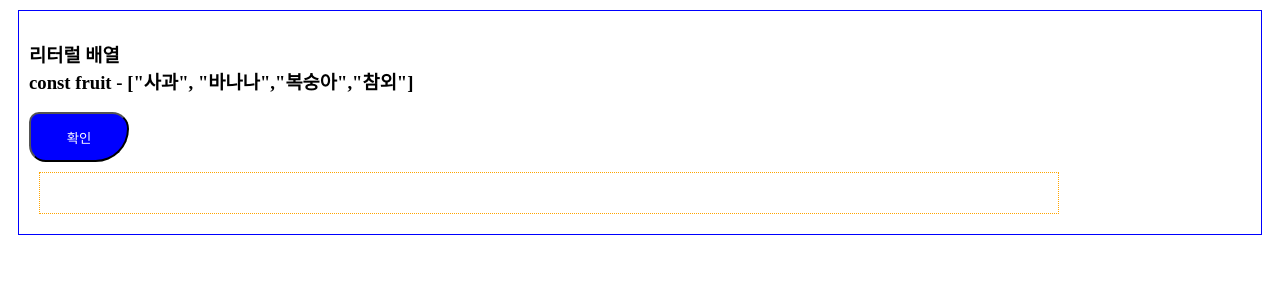
Repository: seonyeob94/BasicWeb
Page: webpro/src/main/webapp/0317/배열_test.html
These files come from the project's save history. The page is drawn as it stood at one moment and after the next save; the edit follows.
The browser window is 1280 px wide. The pictures show the whole page.

Above is the page before, as saved 2025-03-17 03:03:44.

### webpro/src/main/webapp/0317/배열_test.html
<!DOCTYPE html>
<html>
<head>
<meta charset="UTF-8">
<title>Insert title here</title>
<link rel="stylesheet" href="../css/public.css">
</head>
<body>

<div class="box">
  <h3>리터럴 배열 <br>
    const fruit - ["사과", "바나나","복숭아","참외"]
  </h3>
  <input type="button" value="확인" onclick="proc1()">
  <br>
  <div id="result1"></div>
</div>



</body>
</html>

### webpro/src/main/webapp/css/public.css
@charset "UTF-8";

form {
	background: red;
	border: 10px solid yellow;
}

.box{
	border : 1px solid blue;
	margin : 10px;
	padding : 10px;

}
.box input[type=button]{

	width : 100px;
	height : 50px;
	background : blue;
	color : white;
	border-radius: 30px 50px 100px;
}

.box div{
	border : 1px dotted orange;
	width : 80%;
	padding : 20px;
	margin : 10px;
}

After the next save:
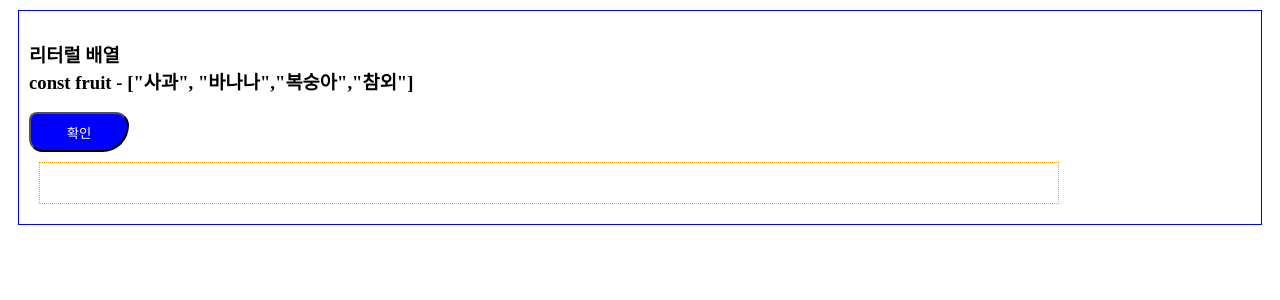
Saved 66 s later.
--- a/webpro/src/main/webapp/css/public.css
+++ b/webpro/src/main/webapp/css/public.css
@@ -14,7 +14,7 @@ form {
 .box input[type=button]{
 
 	width : 100px;
-	height : 50px;
+	height : 40px;
 	background : blue;
 	color : white;
 	border-radius: 30px 50px 100px;
